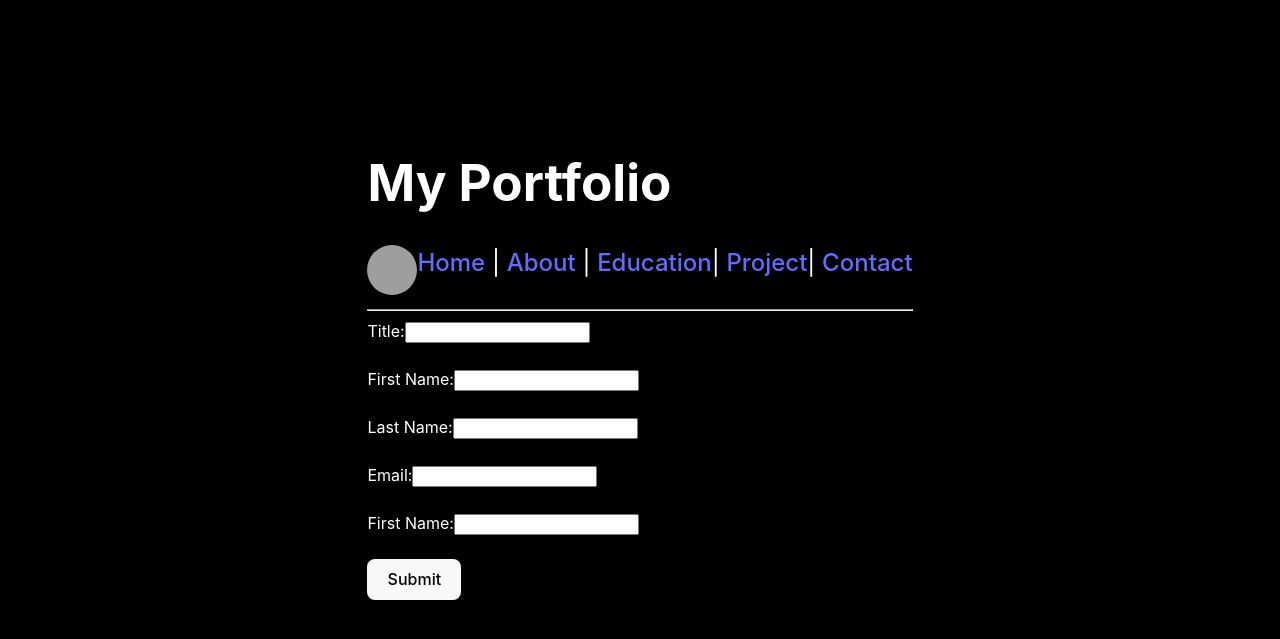
Repository: aislandmin/Personal-Portfolio-Express-MongoDB
Page: /project (app in client/)
The author's editor kept a copy of each file at every save. The page is drawn from the files as they stood at one save, then again after a run of saves.
The browser window is 1280 px wide. The pictures show the whole page.
Pictures or frames that could not be fetched are drawn as grey boxes. The project was rebuilt for these pictures with package versions that can differ from the ones it lists, and the page was loaded fresh each time. Also part of the build but not shown: client/vite.config.js, client/components/Home.jsx, client/src/about.css, client/src/about.jsx, client/contact/api-contact.js, client/src/contact.jsx, client/qualification/api-qualification.js, client/src/education.jsx.

Above is the page before, as saved 2024-10-12 00:51:33.

After the next 2 saves:
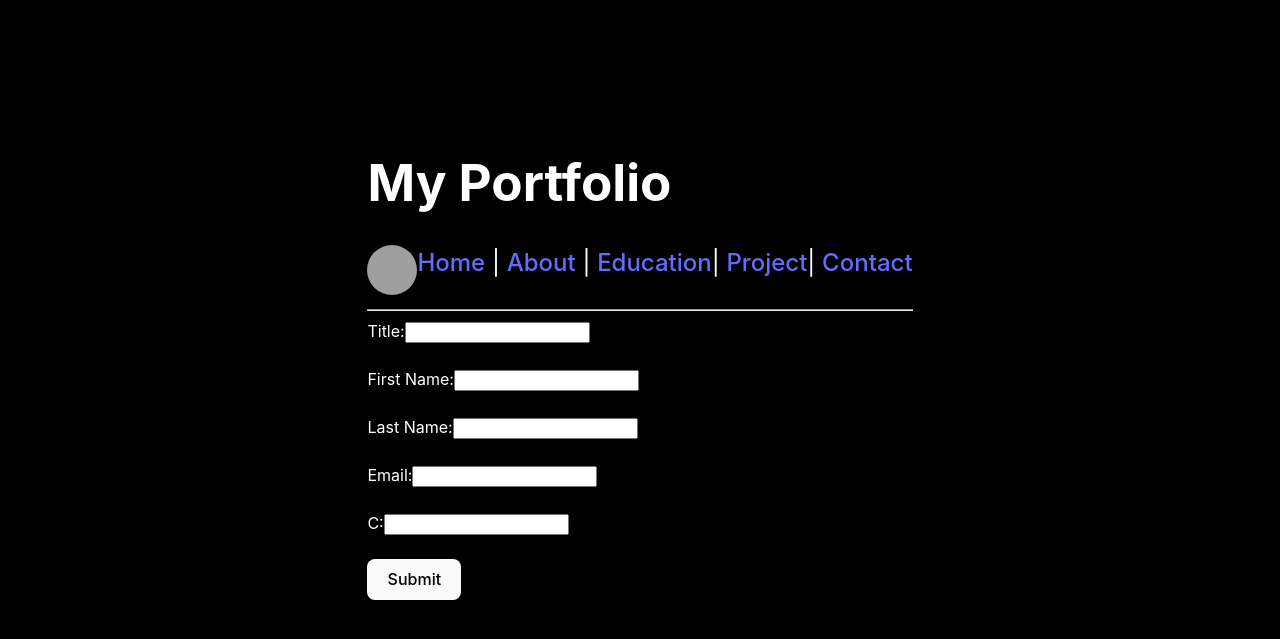
The 2 saves are shown as one change because they came seconds apart.
The last was saved 11 s later.
--- a/client/src/project.jsx
+++ b/client/src/project.jsx
@@ -148,7 +148,7 @@ export default function Project() {
           <br /><br />
 
     {/* Completion Date */}
-    <label htmlFor="completion">First Name:</label>
+    <label htmlFor="completion">C:</label>
           <input
             {...register("firstname", { required: "First name is required" })}
             value={values.firstname} onChange={handleChange('firstname')}
